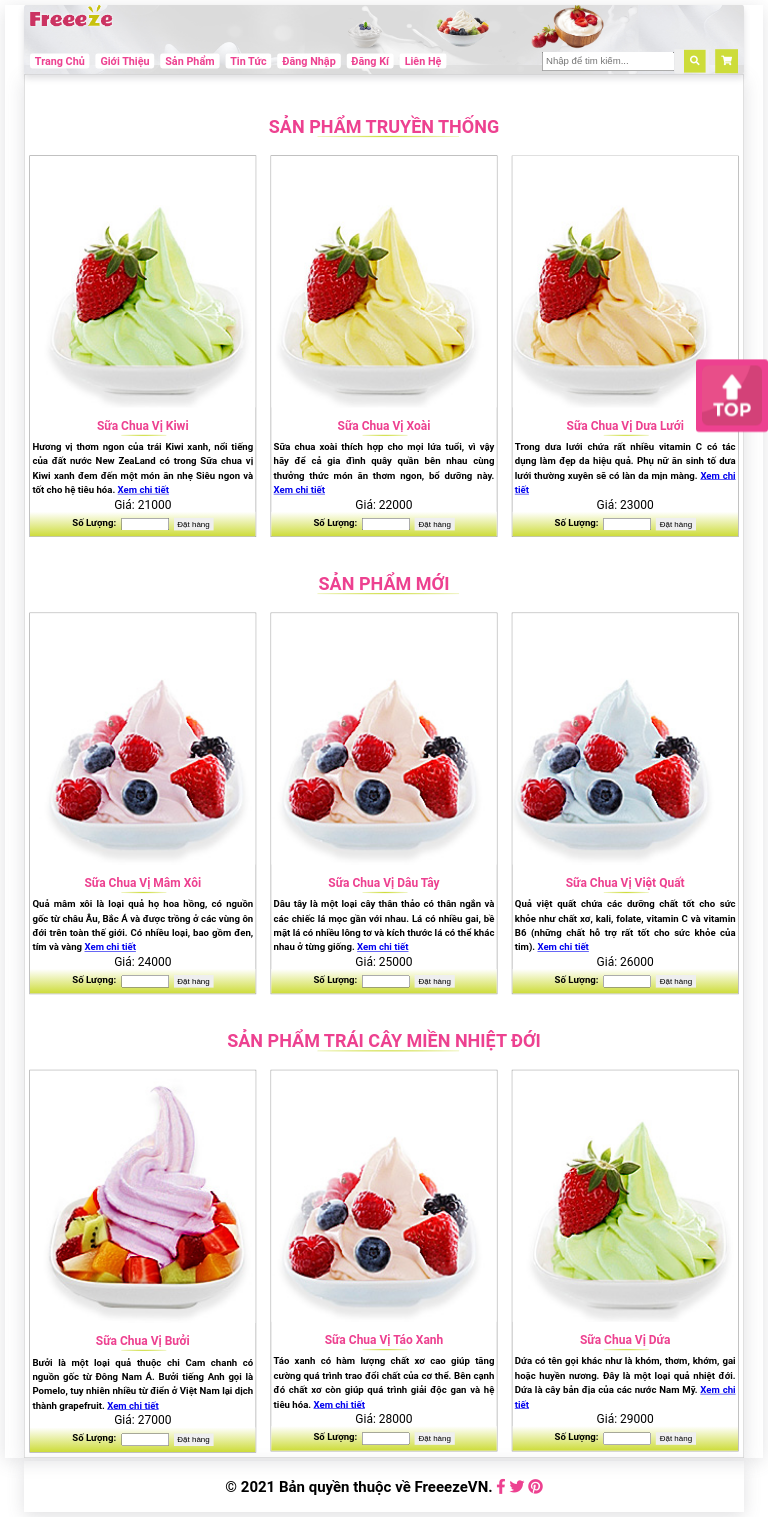
Repository: minh352623/lab1
Page: sanpham.html
These files come from the project's save history. The page is drawn as it stood at one moment and after a run of saves; the edit follows.
The browser window is 1280 px wide. The pictures show the whole page, at 60% of full size.

Above is the page before, as saved 2022-03-12 23:25:47.

After the next 3 saves:
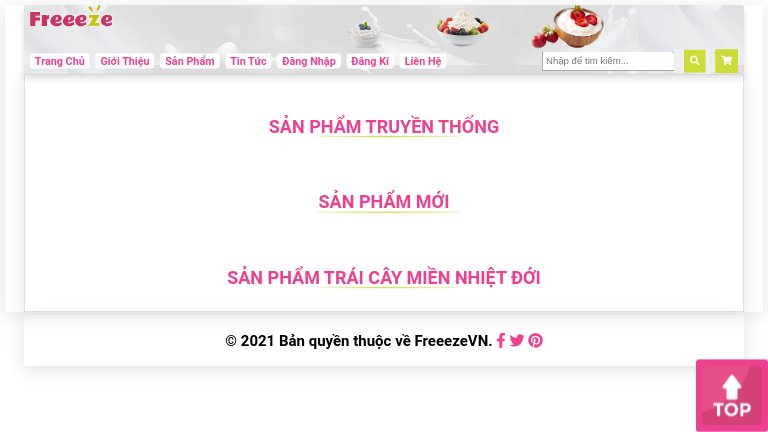
Console error: SyntaxError: Unexpected token ')'
The 3 saves are shown as one change because they came seconds apart.
The last was saved 47 s later.
--- a/js/sanpham.js
+++ b/js/sanpham.js
@@ -127,6 +127,7 @@
     //đăt Hàng
     for(let i = 0; i<col.length;i++){
         col[i].addEventListener("click",function(e){
+            if()
             if(e.target.matches(".submit")){
                 console.log(e.target);
             }

After the save that followed:
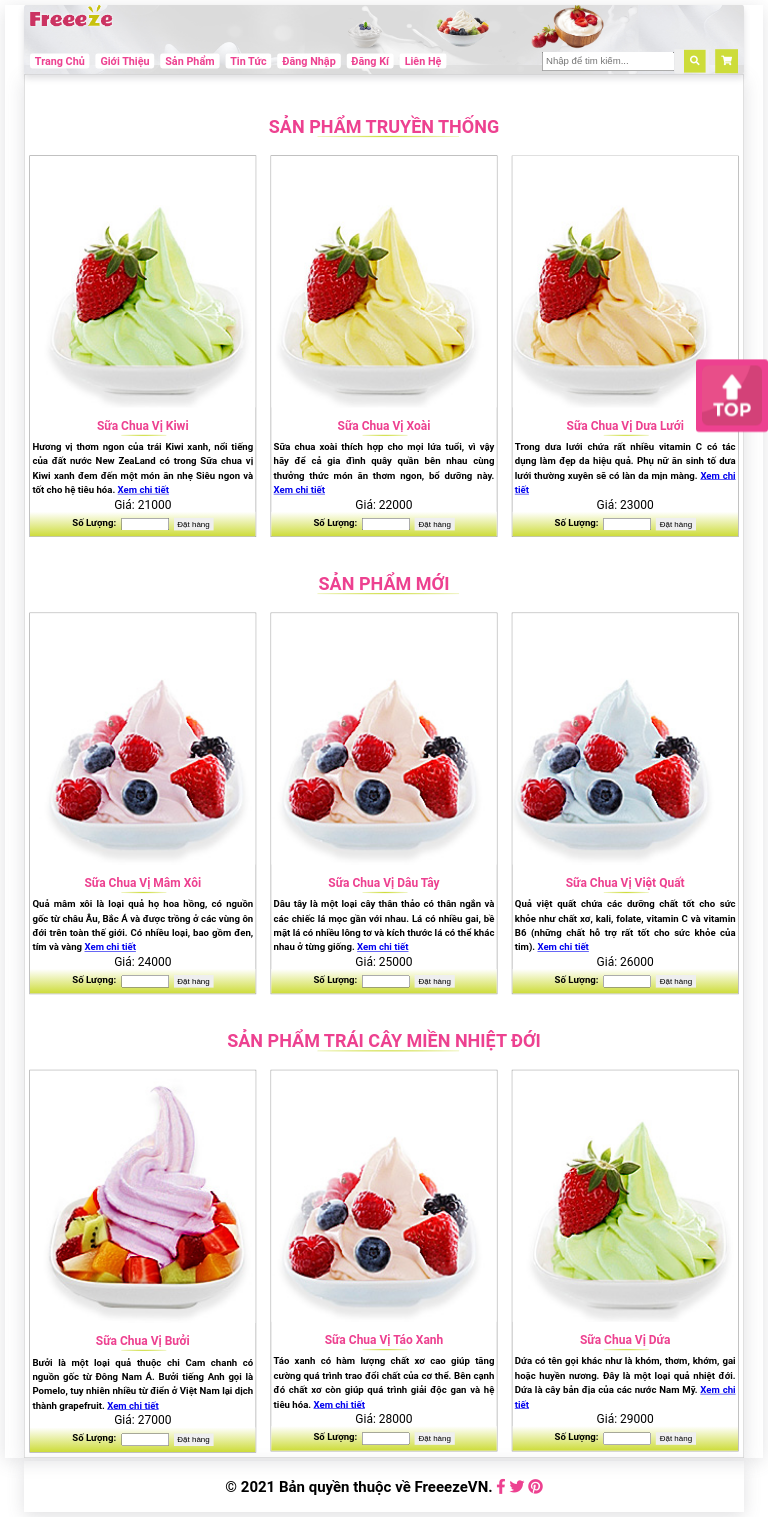
The error is gone.
Saved 4 s later.
--- a/js/sanpham.js
+++ b/js/sanpham.js
@@ -127,7 +127,7 @@
     //đăt Hàng
     for(let i = 0; i<col.length;i++){
         col[i].addEventListener("click",function(e){
-            if()
+            if(e.tar)
             if(e.target.matches(".submit")){
                 console.log(e.target);
             }
